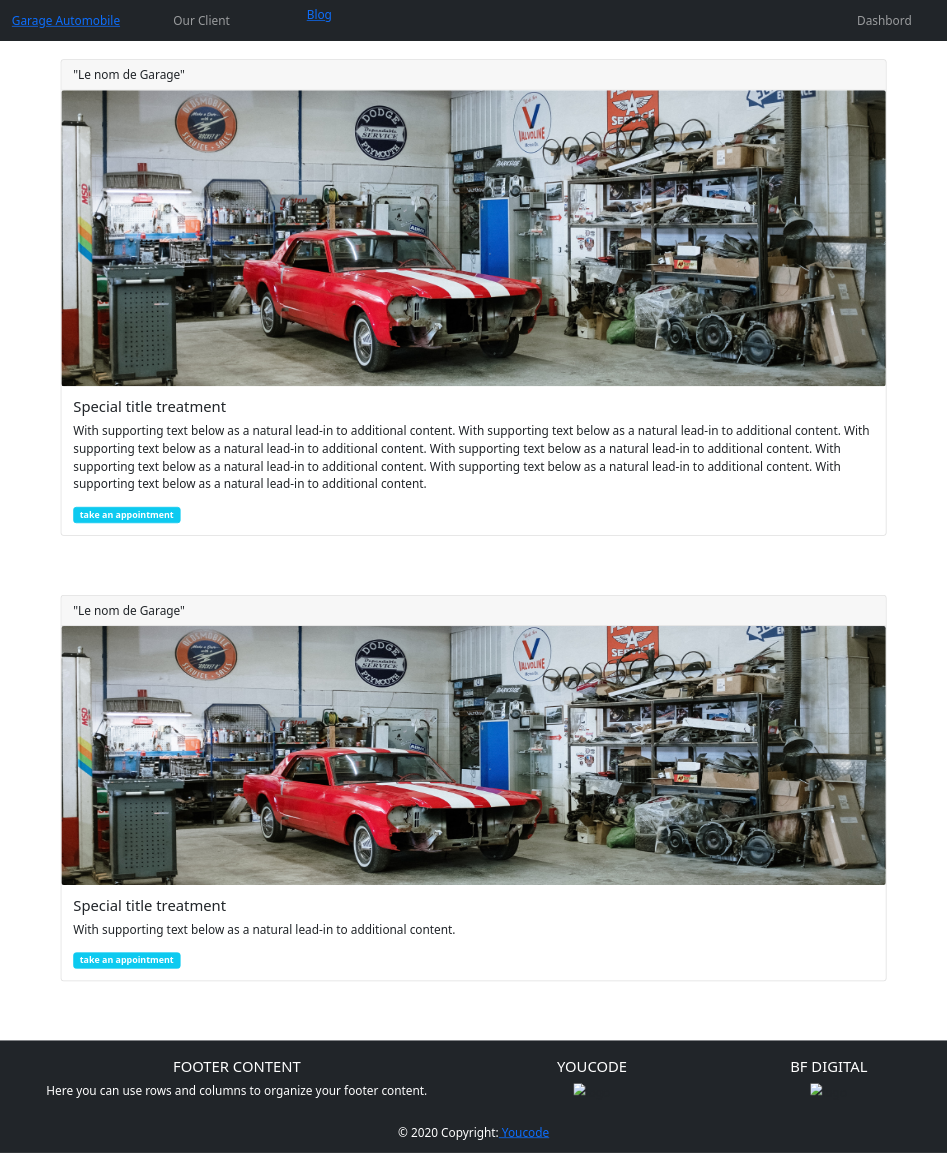
Repository: abdelhak-f/Fil-Rouge
Page: /Blog (app in client/)
The author's editor kept a copy of each file at every save. The page is drawn from the files as they stood at one save, then again after the next save.
The browser window is 1280 px wide. The pictures show the whole page, at 74% of full size.
The project was rebuilt for these pictures with package versions that can differ from the ones it lists, and the page was loaded fresh each time. Also part of the build but not shown: client/src/components/Text.jsx, client/src/components/forms/FirstFrontForm.jsx, client/src/components/Body.jsx.

Above is the page before, as saved 2021-09-08 15:34:46.

### client/public/index.html
<!DOCTYPE html>
<html lang="en">
  <head>
    <meta charset="utf-8" />
    <link rel="icon" href="%PUBLIC_URL%/favicon.ico" />
    <meta name="viewport" content="width=device-width, initial-scale=1" />
    <meta name="theme-color" content="#000000" />
    <meta
      name="description"
      content="Web site created using create-react-app"
    />
    <!--   import bootstrao  -->
    <link
  rel="stylesheet"
  href="https://cdn.jsdelivr.net/npm/bootstrap@5.1.0/dist/css/bootstrap.min.css"
  integrity="sha384-KyZXEAg3QhqLMpG8r+8fhAXLRk2vvoC2f3B09zVXn8CA5QIVfZOJ3BCsw2P0p/We"
  crossorigin="anonymous"
  />

    <link rel="apple-touch-icon" href="%PUBLIC_URL%/logo192.png" />
    <!--
      manifest.json provides metadata used when your web app is installed on a
      user's mobile device or desktop. See https://developers.google.com/web/fundamentals/web-app-manifest/
    -->
    <link rel="manifest" href="%PUBLIC_URL%/manifest.json" />
    <!--
      Notice the use of %PUBLIC_URL% in the tags above.
      It will be replaced with the URL of the `public` folder during the build.
      Only files inside the `public` folder can be referenced from the HTML.

      Unlike "/favicon.ico" or "favicon.ico", "%PUBLIC_URL%/favicon.ico" will
      work correctly both with client-side routing and a non-root public URL.
      Learn how to configure a non-root public URL by running `npm run build`.
    -->
    <title>React App</title>
  </head>
  <body>
    <noscript>You need to enable JavaScript to run this app.</noscript>
    <div id="root"></div>
    <!--
      This HTML file is a template.
      If you open it directly in the browser, you will see an empty page.

      You can add webfonts, meta tags, or analytics to this file.
      The build step will place the bundled scripts into the <body> tag.

      To begin the development, run `npm start` or `yarn start`.
      To create a production bundle, use `npm run build` or `yarn build`.
    -->
  </body>
</html>

### client/src/index.js
import React from 'react';
import ReactDOM from 'react-dom';
import './index.css';
import App from './App';
import reportWebVitals from './reportWebVitals';

// import bootstrap
import 'bootstrap/dist/css/bootstrap.min.css';

ReactDOM.render(
  <React.StrictMode>
    <App />
  </React.StrictMode>,
  document.getElementById('root')
);

// If you want to start measuring performance in your app, pass a function
// to log results (for example: reportWebVitals(console.log))
// or send to an analytics endpoint. Learn more: https://bit.ly/CRA-vitals
reportWebVitals();

### client/src/App.js
// import './App.css';
import React from 'react';

import Navbar from './components/Nnavbar';
import Body from './components/Body';
import Footer from './components/Footer';
import Blog from './components/Blog';

import { BrowserRouter as Router, Switch, Route } from 'react-router-dom';






function App() {
  return (


    <>
<Router>

     <Navbar />




    <Switch>
    <Route  path="/" exact component={Body} />
       <Route  path="/Blog" component={Blog} />
    </Switch>

    <Footer/>
</Router>
    </>

  );
}

export default App;

### client/src/components/Nnavbar.jsx
import React from 'react';
import { NavLink } from 'react-router-dom';

import * as ReactBootstrap from 'react-bootstrap';









function Navbar() {
    return(
      <>

            <ReactBootstrap.Navbar className="mb-5" collapseOnSelect expand="lg" bg="dark" variant="dark" fixed="top">

 <NavLink className="mx-3" to="/">Garage Automobile</NavLink>
 <ReactBootstrap.Navbar.Toggle aria-controls="responsive-navbar-nav" />
 <ReactBootstrap.Navbar.Collapse id="responsive-navbar-nav">
   <ReactBootstrap.Nav className="me-auto">
     <ReactBootstrap.Nav.Link className="mx-5" href="#features">Our Client</ReactBootstrap.Nav.Link>
     <NavLink  className="px-5" to="/blog">Blog</NavLink>
     {/* <ReactBootstrap.NavDropdown title="Dropdown" id="collasible-nav-dropdown">
       <ReactBootstrap.NavDropdown.Item href="#action/3.1">Action</ReactBootstrap.NavDropdown.Item>
       <ReactBootstrap.NavDropdown.Item href="#action/3.2">Another action</ReactBootstrap.NavDropdown.Item>
       <ReactBootstrap.NavDropdown.Item href="#action/3.3">Something</ReactBootstrap.NavDropdown.Item>
       <ReactBootstrap.NavDropdown.Divider />
       <ReactBootstrap.NavDropdown.Item href="#action/3.4">Separated link</ReactBootstrap.NavDropdown.Item>
     </ReactBootstrap.NavDropdown> */}
   </ReactBootstrap.Nav>
   <ReactBootstrap.Nav>
     <ReactBootstrap.Nav.Link href="#deets" className="px-5" > Dashbord</ReactBootstrap.Nav.Link>
     {/* <ReactBootstrap.Nav.Link eventKey={2} href="#memes">
       Admin
     </ReactBootstrap.Nav.Link> */}
   </ReactBootstrap.Nav>
 </ReactBootstrap.Navbar.Collapse>

</ReactBootstrap.Navbar>





</>

    )
}

export default Navbar ;

### client/src/components/Footer.jsx
import React from "react";


function Footer () {
    return(
<footer  className="pt-4 page-footer font-small blue bg-dark ">
    <div className="text-center container-fluid text-md-left ">
        <div className="row">
            <div className="mt-3 text-white col-md-6 mt-md-0">
                <h5 className=" text-uppercase">Footer Content</h5>
                <p >Here you can use rows and columns to organize your footer content.</p>
            </div>

            <hr className="clearfix pb-0 w-100 d-md-none"/>

            <div className="mb-3 col-md-3 mb-md-0">
                <h5 className="text-white text-uppercase">Youcode</h5>
                <img src="" alt="logo" width={300} /></div>

            <div className="mb-3 col-md-3 mb-md-0">
                <h5 className="text-white text-uppercase " >BF Digital</h5>
                <img src="" alt="logo" width={300} />
            </div>
        </div>
    </div>

    <div className="py-3 text-center text-white footer-copyright " >© 2020 Copyright:
        <a href="https://www.youcode.ma/"> Youcode</a>
    </div>

</footer>
)

}

export default Footer

### client/src/components/Blog.jsx
import React from 'react'
import './css/style.css';
import { Container, Card, Button, Badge } from 'react-bootstrap';
import image from '../images/image.jpg';

function Blog() {
  return (

     <Container  className="Blog" >
         {/* first blog */}
         <Card >
           <Card.Header  >"Le nom de Garage"  </Card.Header>
            <Card.Img
            style={{ height: '400px', weiht: '500px' }}
             src={image} />
            <Card.Body>
            <Card.Title>Special title treatment</Card.Title>
            <Card.Text>
                 With supporting text below as a natural lead-in to additional content.
                 With supporting text below as a natural lead-in to additional content.
                 With supporting text below as a natural lead-in to additional content.
                 With supporting text below as a natural lead-in to additional content.
                 With supporting text below as a natural lead-in to additional content.
                 With supporting text below as a natural lead-in to additional content.
                 With supporting text below as a natural lead-in to additional content.
            </Card.Text>
            <div>
            <Button className="badge" variant="info">
               take an appointment
            </Button>
            </div>


           </Card.Body>
        </Card>

        <Card className="Blog">
           <Card.Header  >"Le nom de Garage"  </Card.Header>
            <Card.Img
             style={{ height: '350px', weiht: '500px' }}
            src={image} />
            <Card.Body>
            <Card.Title>Special title treatment</Card.Title>
            <Card.Text>
                 With supporting text below as a natural lead-in to additional content.
            </Card.Text>
            <Button className="badge" variant="info">take an appointment</Button>
           </Card.Body>
        </Card>

        {/* second blog */}

     </Container>


  )

}

export default Blog

### client/src/components/css/style.css

.Blog {
    margin-top: 5rem;
    margin-bottom: 5rem;
  }

Loaded but not shown: client/src/index.css (common file); client/src/reportWebVitals.js (common file)

After the next save:
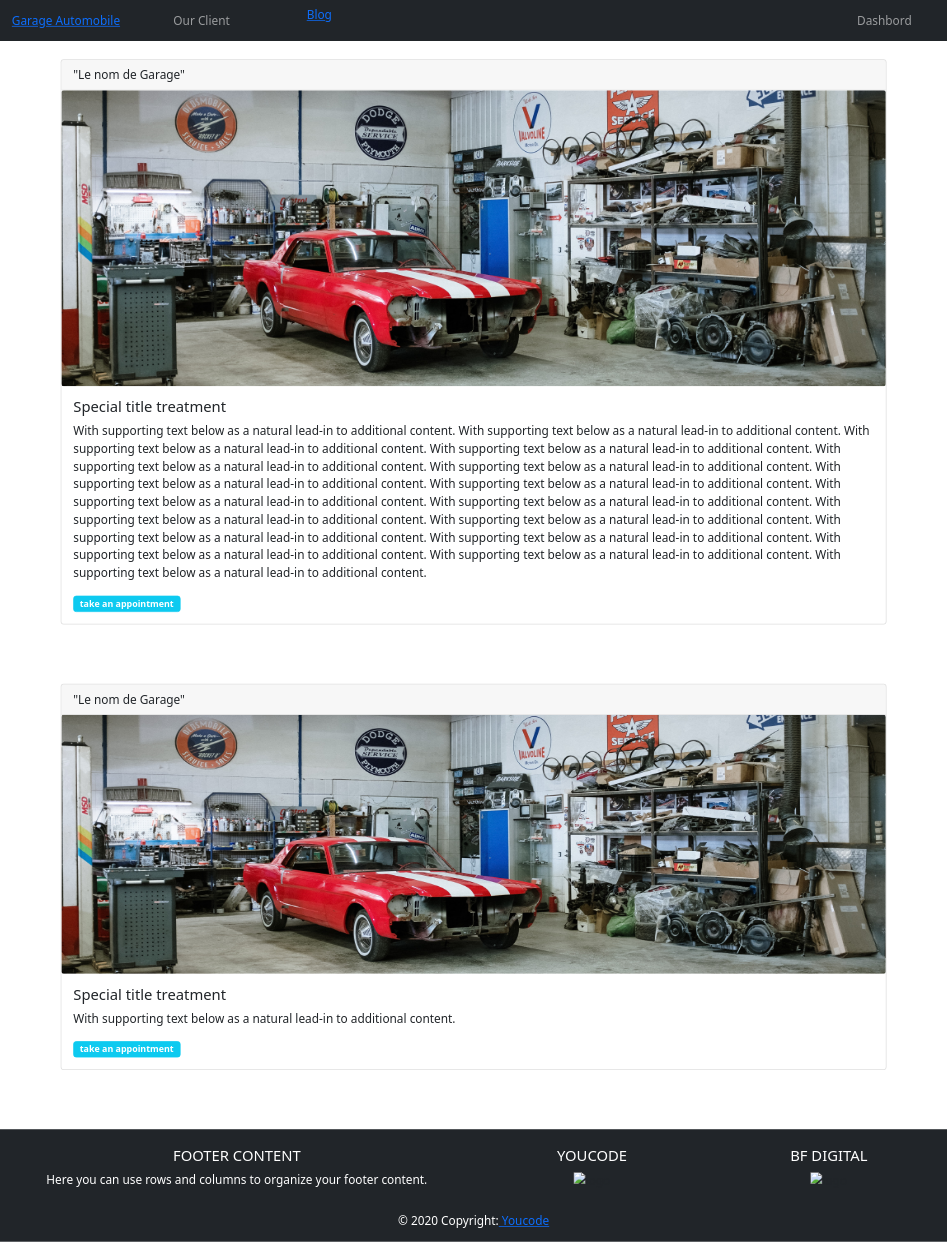
Saved 26 s later.
--- a/client/src/components/Blog.jsx
+++ b/client/src/components/Blog.jsx
@@ -16,6 +16,16 @@ function Blog() {
             <Card.Body>
             <Card.Title>Special title treatment</Card.Title>
             <Card.Text>
+                 With supporting text below as a natural lead-in to additional content.
+                 With supporting text below as a natural lead-in to additional content.
+                 With supporting text below as a natural lead-in to additional content.
+                 With supporting text below as a natural lead-in to additional content.
+                 With supporting text below as a natural lead-in to additional content.
+                 With supporting text below as a natural lead-in to additional content.
+                 With supporting text below as a natural lead-in to additional content.
+                 With supporting text below as a natural lead-in to additional content.
+                 With supporting text below as a natural lead-in to additional content.
+                 With supporting text below as a natural lead-in to additional content.
                  With supporting text below as a natural lead-in to additional content.
                  With supporting text below as a natural lead-in to additional content.
                  With supporting text below as a natural lead-in to additional content.
